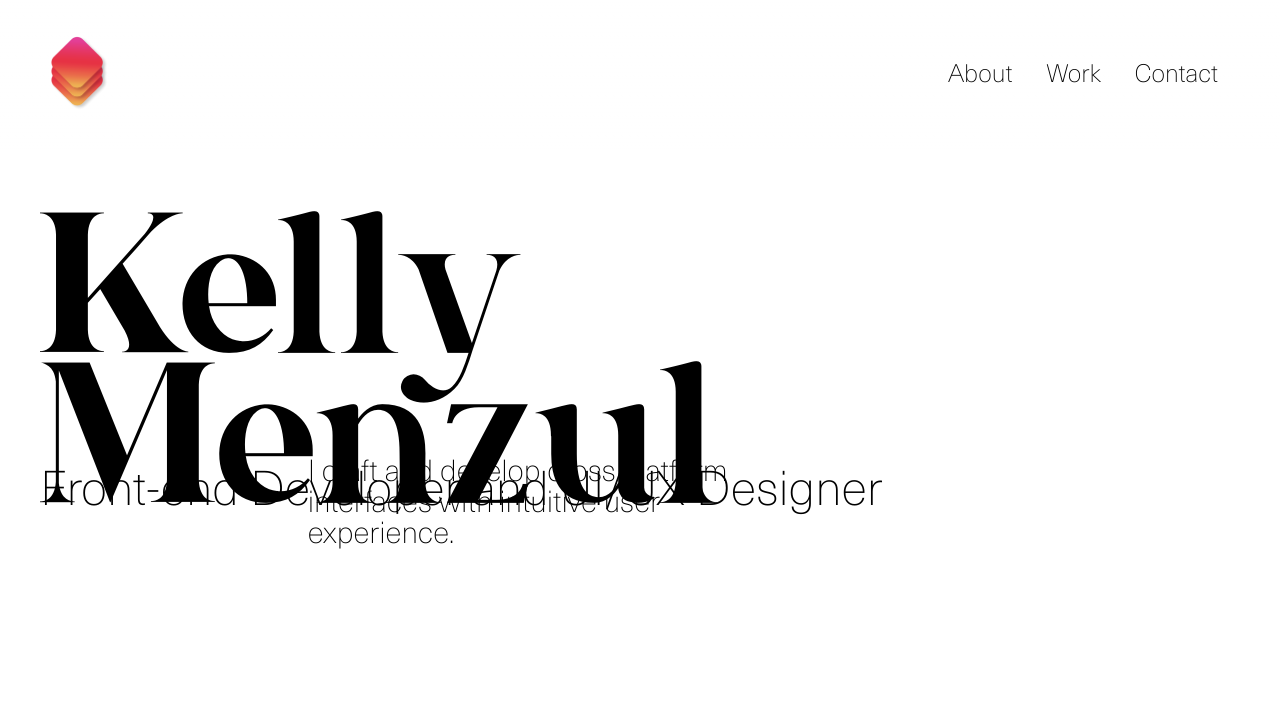
Repository: KellyMenzul/Kelly-Menzul
Page: /
The author's editor kept a copy of each file at every save. The page is drawn from the files as they stood at one save, then again after the next save.
The browser window is 1280 px wide. The pictures show the whole page.
An inner scrolling area shows only its first screen. The project was rebuilt for these pictures with package versions that can differ from the ones it lists, and the page was loaded fresh each time. The framework's server and built-in components were replaced by stand-ins that run in the browser. Also part of the build but not shown: next.config.js, comps/Position/index.js, comps/Head/index.js, comps/Screens/index.js, comps/RegularButton/index.js, styles/Home.module.css, comps/AboutMeAccordion/index.js.

Above is the page before, as saved 2022-02-19 18:24:01.

### pages/_app.js
import '../styles/globals.css';
import {motion} from 'framer-motion';

function MyApp({ Component, pageProps, router }) {
  return(
    <motion.div key={router.route} initial="pageInitial" animate="pageAnimate" variants={{
      pageInitial: {
        opacity:0,

      },
      pageAnimate: {
        opacity:1,
        transition: {
          duration:2
        }

      }
    }}>
  <Component {...pageProps} />
  </motion.div>

    )
}

export default MyApp

### pages/_document.js
import Document from 'next/document';
import { ServerStyleSheet } from 'styled-components';

export default class MyDocument extends Document {
 static async getInitialProps(ctx) {
   const sheet = new ServerStyleSheet();
   const originalRenderPage = ctx.renderPage;

   try {
     ctx.renderPage = () =>
       originalRenderPage({
         enhanceApp: (App) => (props) =>
           sheet.collectStyles(<App {...props} />),
       });

     const initialProps = await Document.getInitialProps(ctx);
     return {
       ...initialProps,
       styles: (
         <>
           {initialProps.styles}
           {sheet.getStyleElement()}
         </>
       ),
     };
   } finally {
     sheet.seal();
   }
 }
}

### pages/index.js
import styled from 'styled-components'
import MenuBar from '../comps/MenuBar'
import Name from '../comps/Name'
import Position from '../comps/Position'
import Intro from '../comps/Intro'
import Head from '../comps/Head'
import Load from '../comps/Load'
import Role from '../comps/Role'
import Screens from '../comps/Screens'
import { style } from '@mui/system'
import { useState, useEffect } from 'react'
import { animate, animationControls, motion, useAnimation } from 'framer-motion'
import InView, { useInView } from 'react-intersection-observer'
import RegularButton from '../comps/RegularButton'
import styles from '../styles/Home.module.css'
import MenuBar2 from '../comps/MenuBar2'
import AboutMeAccordion from '../comps/AboutMeAccordion'


const Holder = styled.div`
display:flex;
flex-direction:column;
align-items:center;
width:100%;
height:100%;
flex-wrap:wrap;
`

const MenuHolder = styled.div`
display:flex;
flex-direction:column;
width:100%;
position:fixed;
justify-content:center;
align-items:center;
z-index:2;
`
const ContentHolder = styled.div `
display:flex;
flex-direction:column;
`

const LandingHolder = styled.div`
display:flex;
flex-direction:row;
position:relative;
width:100%;
height:100vh;
padding:40px;

@media only screen and (max-width: 600px) {
  flex-direction:column;
  padding:20px;
  height:100vh;
}

@media only screen and (min-device-width : 601px) and (max-device-width : 1024px){
  flex-direction:column;
}
`

const LandingHolderLeft = styled.div`
display:flex;
flex:2;
flex-direction:column;

@media only screen and (max-width: 600px) {
  flex:1;
}
@media only screen and (min-device-width : 601px) and (max-device-width : 1024px){
  margin-top:-200px;
}
`

const LandingHolderRight = styled.div`
display:flex;
flex:1;
align-items:flex-start;
justify-content:flex-end;
@media only screen and (max-width: 600px) {
  align-items:flex-start;
}
@media only screen and (min-device-width : 601px) and (max-device-width : 1024px){
  margin-top:-200px;
}
`

const NameHolder = styled.div`
display:flex;
flex-direction:column;
align-items:center;
justify-content:center;
width:100%;
`

const IntroHolder = styled.div`
display:flex;
justify-content:center;
align-items:flex-start;
height:100%;
`
// About

const AboutHolder = styled.div`
display:flex;
flex-direction:column;
flex-wrap:wrap;
width:100%;
padding:20px;
background-color:red;
align-items:center;
justify-content:center;

@media only screen and (min-device-width : 601px) and (max-device-width : 1024px){
  flex-direction:row;
  justify-content:center;
  align-items:center;
}

@media only screen and (min-width: 1025px) {
  flex-direction:row;
}


`

const  AboutHolderLeft = styled.div`
flex:1;
align-items:center;
position:relative;
width:100%;
max-height:600px;
justify-content:center;
display:flex;
flex-direction:column;
margin-bottom:200px;
z-index:-1;

@media only screen and (min-device-width : 601px) and (max-device-width : 1024px){
  max-height:800px;
  display:none;
  position:none;
}

@media only screen and (min-width: 1025px) {
  display:none;
  flex-wrap:wrap;
}
`

const HeroImage = styled.img`
display:none;
width:100%;
height:100%;

@media only screen and (max-width: 600px) {
  display:flex;
  width:300%;
}


@media only screen and (min-device-width : 601px) and (max-device-width : 1024px){
display:flex;
 width:180%;
 margin-right:80px;
}

@media only screen and (min-width: 1025px) {
  display:none;
  flex-direction:row;
}
`

const AboutHolderImage = styled.div `
flex:1;
align-items:center;
position:relative;
width:100%;
max-height:600px;
justify-content:center;
display:none;
flex-direction:column;
margin-bottom:200px;
z-index:-1;

@media only screen and (max-width: 600px) {
  display:none
}

@media only screen and (min-device-width : 601px) and (max-device-width : 1024px){
  max-height:800px;
  margin-bottom:50px;
  display:flex;
}

@media only screen and (min-width: 1025px) {
  display:none;
}
`

const DesktopHolderImage = styled.div `
display:flex;

@media only screen and (max-width: 600px) {
  display:none
}

@media only screen and (min-device-width : 601px) and (max-device-width : 1024px){
  display:none;
}

@media only screen and (min-width: 1025px) {
  flex:1;
  background-color:blue;
}
`

const DesktopImage = styled.img`
max-width:100%;
`

const AboutHolderRight = styled.div`
display:flex;
width:100%;
flex-direction:column;
flex:1;

@media only screen and (min-width: 1025px) {
  align-items:center;
  justify-content:center;
}
`
const AboutMeHolder = styled.div`
display:flex;
flex-direction:column;
width:100%;
gap:20px;
background-color:green;

@media only screen and (min-width: 1025px) {
  width:70%;
  align-items:left;
  flex-wrap:wrap;
}
`

// work

const WorkHolder = styled.div `
display:flex;
flex-direction:column;
width:100%;
margin-bottom:200px;
background-color:green;
`
const  WorkHolderLeft = styled.div`
display:flex;
align-items:center;
justify-content:center;
flex:1;
`

const  WorkHolderRight = styled.div`
flex:1;
display:flex;
align-items:center;
justify-content:center;
`

const LoadHolder = styled.div`
position:relative;
z-index:-1;
display:block;
`

const HeadHolder = styled.div `
display:flex;
flex-direction:column;
width:100%;
background-color:blue;
padding-top:40px;
@media only screen and (max-width: 600px) {
  display:flex;
}

@media only screen and (min-device-width : 601px) and (max-device-width : 1024px) {
  display:none;
}

@media only screen and (min-width: 1024px) {
  display:none;
}
`

const FullHeadHolder = styled.div`
display:none;
@media only screen and (min-device-width : 601px) and (max-device-width : 1024px) {
  display:block;
}
@media only screen and (min-width: 1024px) {
  display:flex;;
}
`

const TextHolder  =styled.div``

const ContainerLeft = styled.div`
display:flex;
flex-direction:column;
flex:1;
width:100%;
align-items:center;
justify-content:center;
`
const ContainerRight = styled.div`
display:flex;
flex-direction:column;
width:100%;
flex:1;
align-items:center;
justify-content:center;
`

const AppHolder = styled.div`
display:flex;
width:100%;
padding:20px;
padding-top:60px;
align-items:center;
justify-content:center;
`
const AccordionHolder = styled.div ``


export default function Home() {
  const {ref, inView} = useInView();
  const animation = useAnimation();


  useEffect(()=> {
    if(inView){
      animation.start({
        opacity:1,
        transition: {
          duration:3
        }
      });
    }
    if(!inView){
      animation.start({opacity:0,})
    }
    console.log("use effect hook, inView = ", inView);
  }, [inView]);

  return (
    <Holder>
      <MenuHolder>
        <MenuBar />
        <MenuBar2/>
      </MenuHolder>
      <ContentHolder>
      <LandingHolder>
        <LandingHolderLeft>
          <NameHolder
                 id='landing'
                 as={motion.div}
                 initial="hidden" animate="visible" variants={{
                   hidden: {
                     opacity:0,
                     x:-100

                   },
                   visible: {
                     opacity: 1,
                     x:0,

                     transition: {
                       duration:2,
                     }
                   }
                 }}>
            <Name/>
            <Role/>
          </NameHolder>
        </LandingHolderLeft>
        <LandingHolderRight
               id='landing'
               as={motion.div}
               initial="hidden" animate="visible" variants={{
                 hidden: {
                   opacity:0,

                 },
                 visible: {
                   opacity: 1,

                   transition: {
                     delay:1.5,
                     duration:3,
                   }
                 }
               }}
        >
          <IntroHolder>
           <Intro/>
          </IntroHolder>
        </LandingHolderRight>

        <LoadHolder
               id='landing'
               as={motion.div}
               initial="hidden" animate="visible" variants={{
                 hidden: {
                   opacity:0,
                   x:100

                 },
                 visible: {
                   opacity: 1,
                   x:0,

                   transition: {
                     duration:2,
                   }
                 }
               }}>

          <Load width='300%'/>
        </LoadHolder>
      </LandingHolder>

      {/* <AboutHolder id='about'>
        <HeadHolder>
          <Head text='Hi There!'/>
        </HeadHolder>
        <AboutHolderImage>
          <HeroImage src='/me2.png'/>
        </AboutHolderImage>
        <DesktopHolderImage>
          <DesktopImage src='/me2.png'/>
        </DesktopHolderImage>
        <AboutHolderRight>
            <AboutMeHolder>
                <FullHeadHolder>
                  <Head text='Hi there!'/>
                </FullHeadHolder>
                  <Position fontsize='16px' text='My name is Kelly and I am a front-end developer and UX/UI Designer! I like to create online platforms and easy to use interface designs. My passion started when I took a digital media class in high school. From there, I developed an interest in development and design which has lead me to where I am today.'/>
                <AccordionHolder>
                  <AboutMeAccordion/>
                </AccordionHolder>
            </AboutMeHolder>
        </AboutHolderRight>
        <AboutHolderLeft>
          <HeroImage src='/me2.png'/>
        </AboutHolderLeft>
      </AboutHolder> */}

      {/* <RegularButton target='_blank' link='https://dribbble.com/KellyMenzul' width='300px' buttontext="View my design work"/> */}

      {/* <AppHolder id="work">
        <Head headsize='50px' text='Here is some of my work!'/>
      </AppHolder>

      <WorkHolder>
        <ContainerLeft>
            <Screens info='Front-end Development | UX/UI Design' linkhref='/mindful' name='Mindful'/>
            <Screens info='Wordpress | UX/UI Design' linkhref='/tinypaws' src='tinypawsscreen.png' name='Tinypaws' />
        </ContainerLeft>
        <ContainerRight>
            <Screens info='Front-end Development | UX/UI Design'  linkhref='/wecycle' name='Wecycle' src='wecyclescreen.png'/>
            <Screens info='Wordpress | UX/UI Design' linkhref='/frankocean' src='frankoceanscreen.png' name='Frank Ocean'/>
        </ContainerRight>
      </WorkHolder> */}
    </ContentHolder>
  </Holder>
  )
}

### styles/globals.css
@font-face {
  font-family: "textbold";
  src: url(../public/fonts/NeueHaasUnica/NeueHaasUnica-Bold.ttf);
  font-display: swap;
}

@font-face {
  font-family: "textlight";
  src: url(../public/fonts/NeueHaasUnica/NeueHaasUnica-ExtraLight.ttf);
  font-display: swap;
}

@font-face {
  font-family: "textlighttwo";
  src: url(../public/fonts/NeueHaasUnica/NeueHaasUnica-Light.ttf);
  font-display: swap;
}

@font-face {
  font-family: "heading";
  src: url(../public/fonts/GishellaMorely/Gishella\ Morely.ttf);
  font-display: swap;
}

html,
body {
  padding: 0;
  margin: 0;
  font-family: "textlight";
  scroll-behavior: smooth;
  overflow-x: hidden;
}


a {
  color: inherit;
  text-decoration: none;
}

* {
  box-sizing: border-box;
}

### comps/MenuBar/index.js
import styled from "styled-components";
import React from "react";
import Link from "next/link";
// import { useTheme } from "../../utils/provider";

const Holder = styled.div `
display:flex;
align-items:center;
justify-content:center;
width:100%;
height:150px;
background: rgb(255,255,255);
background: linear-gradient(180deg, rgba(255,255,255,1) 0%, rgba(148,187,233,0) 100%);

@media only screen and (max-width: 992px) {
    display:none;
}
`
const LogoHolder = styled.div `
margin-left:50px;
`

const Left = styled.div`
flex:1;
`

const Right = styled.div`
flex:1;
display:flex;
justify-content:flex-end;
`

const MenuButtonHolder = styled.div`
display:flex;
flex-firection:row;
width:100%;
justify-content:flex-end;
gap:30px;
margin-right:50px;
@media only screen and (max-width: 1500px) {
    gap:10px;
}
`

const MenuButton = styled.button`
border-style:none;
background-color:${props=>props.bgcolor};
font-family:"textlight";
font-size:25px;
color:black;
padding:12px;

&:hover {
    text-decoration:underline;
}
`

const Logo = styled.img`
width:10%;

@media only screen and (max-width: 550px){
    display:none;
}
`


const MenuBar = ({
    onButtonPress=()=>{},
    bgcolor="transparent",
}) => {
    return <Holder>
        <Left>
            <Link href="#landing">
            <LogoHolder>
                <Logo src="logo.png"/>
            </LogoHolder>
            </Link>
        </Left>
        <Right>
            <MenuButtonHolder>
                <Link href="#about">
                    <MenuButton bgcolor={bgcolor} onClick={()=>{onButtonPress()}}>About</MenuButton>
                </Link>

                <Link href="#work">
                <MenuButton bgcolor={bgcolor}>Work</MenuButton>
                </Link>

                <Link href="mailto:kmnzul@gmail.com">
                    <MenuButton bgcolor={bgcolor}>Contact</MenuButton>
                </Link>

            </MenuButtonHolder>
        </Right>
    </Holder>
}

export default MenuBar;

### comps/Name/index.js
import styled from "styled-components";
import React from "react";
import { style } from "@mui/system";

const TextHolder = styled.div `
dispay:flex;
flex-wrap:wrap;
width:100%;
padding-top:30px;

@media only screen and (min-width : 601px){
    margin-top:200px;
}
`

const Text = styled.h1`
font-family:"heading";
font-size:288px;
font-weight:400;
line-height:250px;

@media only screen and (max-width: 600px) {
    font-size:96px;
    line-height:90px;
}

@media only screen and (min-width : 601px){
    font-size:200px;
    line-height:150px;
}

@media only screen and (min-width: 992px) {

}
`

const Name = ({}) => {
    return <TextHolder>
        <Text>Kelly Menzul</Text>
        </TextHolder>

}

export default Name;

### comps/Intro/index.js
import styled from "styled-components";
import React from "react";

const TextHolder = styled.div `
dispay:flex;
flex-wrap:wrap;
width:100%;
`

const Text = styled.h1`
font-family:"textlight";
font-weight:400;
font-size:36px;

@media only screen and (max-width: 600px) {
    font-size:24px;
}

@media only screen and (min-device-width : 601px) {
    font-size:30px;
    width:50%;
}
`

const Intro = ({}) => {
    return <TextHolder>
        <Text>I craft and develop cross platform interfaces with intuitive user experience.</Text>
        </TextHolder>

}

export default Intro;

### comps/Load/index.js
import styled from 'styled-components';
import React, {useEffect, useRef, useState} from 'react';
import lottie from 'lottie-web';


const Container = styled.div`
    width:${props=>props.width};
    position:absolute;
    z-index:-20;

    @media only screen and (max-width: 600px) {
        bottom:-500px;
        left:-200px;
      }
`

// const Buttons = styled.button``
var anim = null;


const Load = ({
    width="100%"
}) => {
    const container = useRef(null)

    useEffect(() => {
        anim = lottie.loadAnimation({
            container: container.current,
            renderer: 'svg',
            loop: true,
            autoplay:true,
            animationData: require('../../public/load.json')

        })
        lottie.setSpeed(0.1);
    }, [])

    return <Container width={width}>
        <div className="container" ref={container}></div>
    </Container>
}

export default Load;

### comps/Role/index.js
import styled from "styled-components";
import React from "react";

const TextHolder = styled.div`
dispay:flex;
flex-wrap:wrap;
width:100%;
height:100%;
`

const Text = styled.p`
font-family:"textlight";
font-size:${props=>props.fontsize};
font-weight:400;
margin-top:-160px;
line-height:30px;

@media only screen and (max-width: 600px) {
    font-size:19px;
    line-height:20px;
    margin-top:-60px;
}
`
// margin-top:-160px;
const Role = ({
    text = "Front-end Developer and UI/UX Designer",
    fontsize = "48px",
}) => {
    return <TextHolder>
    <Text fontsize={fontsize}>{text}</Text>
    </TextHolder>
}

export default Role;

### comps/MenuBar2/index.js
import styled from "styled-components";
import React from "react";
import Link from "next/link";
import { useState } from "react";
// import { useTheme } from "../../utils/provider";

const Holder = styled.div `
display:flex;
flex-direction:column;
width:100%;
height:100%;
align-items:center;

@media only screen and (min-width: 992px) {
    display:none;
}
`
const LogoHolder = styled.div `
margin-left:50px;
`

const Left = styled.div`
flex:1;
`

const Right = styled.div`
flex:1;
display:flex;
justify-content:flex-end;
`

const MenuButtonHolder = styled.div`
display:flex;
flex-firection:row;
width:100%;
justify-content:flex-end;
gap:30px;
margin-right:50px;
`

const MenuButton = styled.button`
border-style:none;
background-color:${props=>props.bgcolor};
font-family:"textlight";
font-size:25px;
color:black;
padding:12px;

&:hover {
    text-decoration:underline;
}
`

const Logo = styled.img`
width:10%;

@media only screen and (max-width: 992px) {
    width:10%;
}
`
const Top = styled.div `
display:flex;
width:100%;
padding:20px;
height:10%;
justify-content:space-between;
align-items:center;
background-color:white;
`

const MenuIcon = styled.img `
width:30px;
height:30px;
transform: ${props=>props.rotate};
transition:transform 0.5s ease-in-out;
`

const Bottom = styled.div `
display:flex;
flex-direction:column;
align-items:center;
width:100%;
height:${props=>props.height}vh;
background-color:white;
transition:${props=>props.transition};
`
const Bottom1 = styled.div `
margin-top:100px;
display:flex;
flex-direction:row;
width:90%;
height:10%;
justify-content:center;
align-items:center;
border-bottom:solid 1px;
border-top:solid 1px;
opacity:${props=>props.opacity1};
transition-delay:${props=>props.transitiondelay1};
transition:${props=>props.transition1};
`
const HomeNumber = styled.div `
flex:1;
font-size:40px;
`
const HomeWord = styled.div `
flex:1;
font-size:40px;
`

const Bottom2 = styled.div `
display:flex;
flex-direction:row;
width:90%;
height:10%;
justify-content:center;
align-items:center;
border-bottom:solid 1px;
opacity:${props=>props.opacity2};
transition-delay:${props=>props.transitiondelay2};
transition:${props=>props.transition2};
`
const AboutNumber = styled.div `
flex:1;
font-size:40px;
`
const AboutWord = styled.div `
flex:1;
font-size:40px;
`

const Bottom3 = styled.div `
display:flex;
flex-direction:row;
width:90%;
height:10%;
justify-content:center;
align-items:center;
border-bottom:solid 1px;
opacity:${props=>props.opacity3};
transition-delay:${props=>props.transitiondelay3};
transition:${props=>props.transition3};
`
const WorkNumber = styled.div `
flex:1;
font-size:40px;
`
const WorkWord = styled.div `
flex:1;
font-size:40px;
`

const One = styled.p `
font-family:"heading";
`
const Home = styled.p `
font-family:"heading";
`

const Two = styled.p `
font-family:"heading";
`

const About = styled.p `
font-family:"heading";
`

const Three = styled.p `
font-family:"heading";
`

const Work = styled.p `
font-family:"heading";
`
const Contact = styled.div`
height:100vh;
width:90%;
display:flex;
flex-direction:column;
justify-content:flex-end;
opacity:${props=>props.opacity4};
transition-delay:${props=>props.transitiondelay4};
transition:${props=>props.transition4};
`

const Email = styled.p `
font-family:"textlight";
font-size:24px;
line-height:30px;
`

const MenuBar2 = ({
    onButtonPress=()=>{},
    bgcolor="transparent",
}) => {
    const [open, setOpen] = useState(false);
    var height = 0;
    var display = 'none';
    var rotate = 0;
    var transition = '0.5s ease-in-out';
    var opacity1 = 0;
    var transitiondelay1 = '0.5';
    var transition1 = "0.2s";
    var opacity2 = 0;
    var transitiondelay2 = '0.5';
    var transition2 = "0.2s";
    var opacity3 = 0;
    var transitiondelay3 = '0.5';
    var transition3 = "0.2s";
    var opacity4 = 0;
    var transitiondelay4 = '0.5';
    var transition4 = "0.2s";

    if(open){
        height = '90';
        display = 'flex';
        rotate = 'rotate(45deg)'
        transition = '0.5s ease-in-out';
        opacity1 = 1;
        transitiondelay1 = '0.5s';
        transition1 = "1.5s";
        opacity2 = 1;
        transitiondelay2 = '1s';
        transition2 = "1.5s";
        opacity3 = 1;
        transitiondelay3 = '1.5s';
        transition3 = "1.5s";
        opacity4 = 1;
        transitiondelay4 = '2s';
        transition4 = "1.5s";
    }
    return <Holder>
        <Top>
            <Logo src="logo.png"/>
            <MenuIcon rotate={rotate} src="/plus.svg" onClick={()=>setOpen(!open)}/>
        </Top>
        <Bottom transition={transition} height={height}>
            <Link href="#landing">
                <Bottom1 onClick={()=>setOpen(false)} transition1={transition1} transitiondelay1={transitiondelay1} opacity1={opacity1}>
                    <HomeNumber>
                        <One>1.</One>
                    </HomeNumber>
                    <HomeWord>
                        <Home>Home</Home>
                    </HomeWord>
                </Bottom1>
            </Link>
            <Link href="#about" >
                <Bottom2 onClick={()=>setOpen(false)} transition2={transition2} transitiondelay2={transitiondelay1} opacity2={opacity2}>
                    <AboutNumber>
                        <Two>2.</Two>
                    </AboutNumber>
                    <AboutWord>
                        <About>About</About>
                    </AboutWord>
                </Bottom2>
            </Link>
            <Link href="#work">
                <Bottom3 onClick={()=>setOpen(false)} transition3={transition3} transitiondelay3={transitiondelay3} opacity3={opacity3}>
                    <WorkNumber>
                        <Three>3.</Three>
                    </WorkNumber>
                    <WorkWord>
                        <Work>Work</Work>
                    </WorkWord>
                </Bottom3>
            </Link>
            <Contact transition4={transition4} transitiondelay4={transitiondelay4} opacity4={opacity4}>
                <Email>kmnzul@gmail.com<br/> 604-710-4926</Email>
            </Contact>

        </Bottom>


        {/* <Left>
            <Link href="../">
            <LogoHolder>
                <Logo src="logo.png"/>
            </LogoHolder>
            </Link>
        </Left>
        <Right>
            <MenuButtonHolder>
                <Link href="../#about">
                    <MenuButton bgcolor={bgcolor} onClick={()=>{onButtonPress()}}>About</MenuButton>
                </Link>

                <Link href="../#work">
                <MenuButton bgcolor={bgcolor}>Work</MenuButton>
                </Link>

                <Link href="mailto:kmnzul@gmail.com">
                <MenuButton bgcolor={bgcolor}>Contact</MenuButton>
                </Link>

            </MenuButtonHolder>
        </Right>   */}
    </Holder>
}

export default MenuBar2;

Loaded but not shown: public/load.json (1 lines, source omitted)

After the next save:
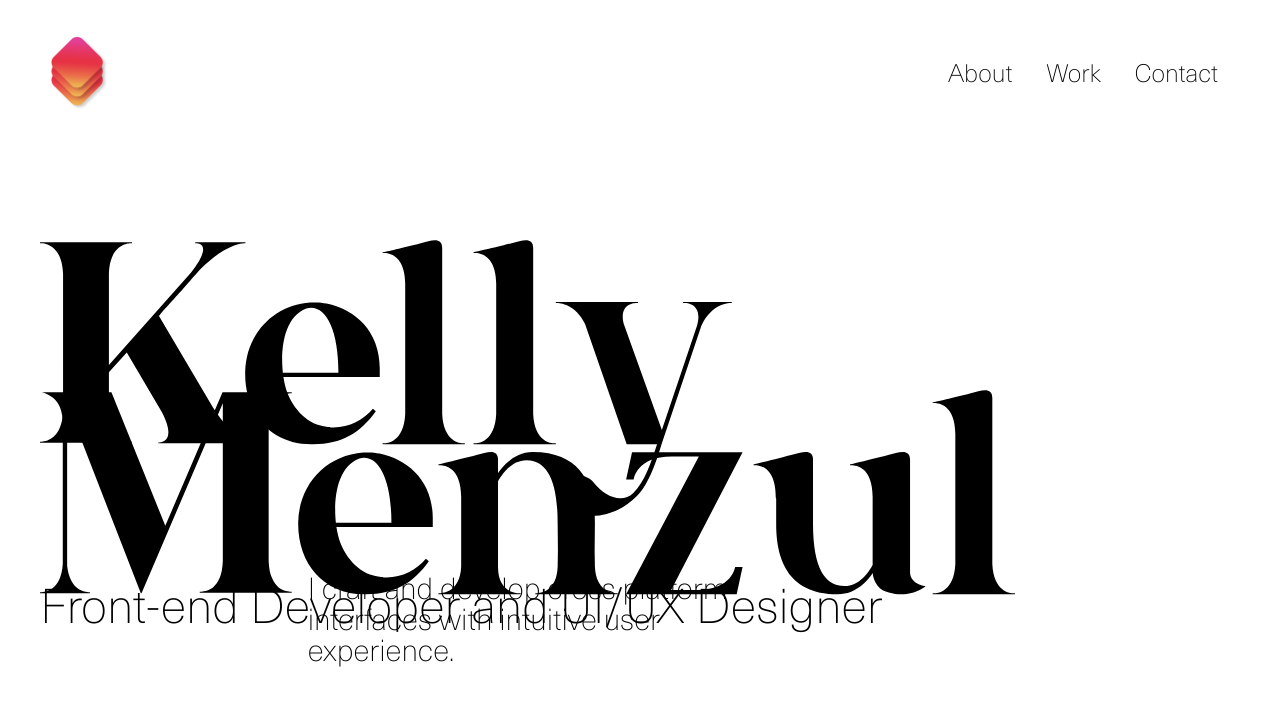
Saved 10 s later.
--- a/comps/Name/index.js
+++ b/comps/Name/index.js
@@ -30,6 +30,7 @@
 }
 
 @media only screen and (min-width: 992px) {
+    font-size:288px;
 
 }
 `
